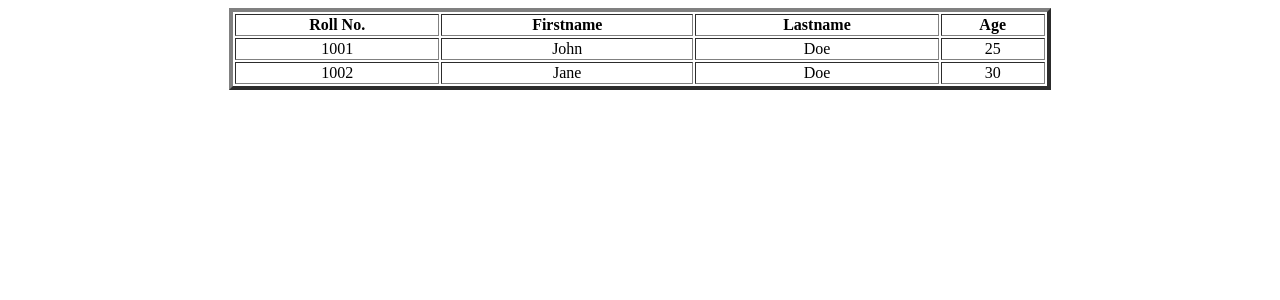
Repository: ankitgujre01/HTMLgeeks
Page: table.html
An editor plug-in stored every save of this project. The page is shown before and after a run of saves, followed by the edit.
The browser window is 1280 px wide. The pictures show the whole page.

Above is the page before, as saved 2025-09-03 23:24:57.

After the next 2 saves:
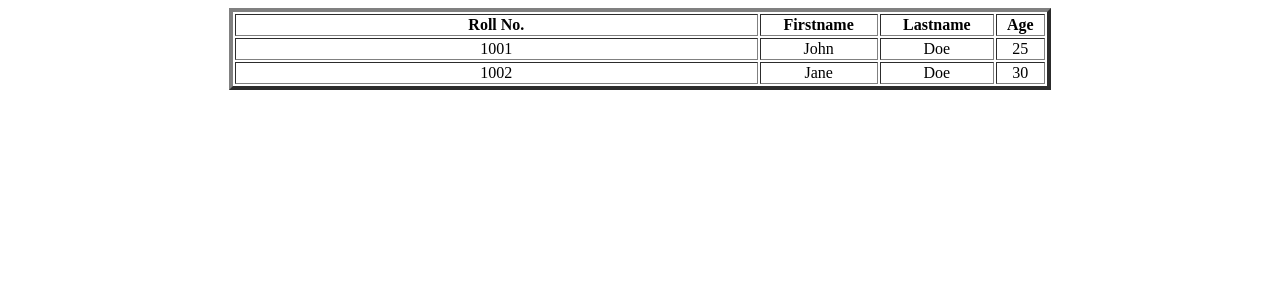
The 2 saves are shown as one change because they came seconds apart.
The last was saved 7 s later.
--- a/table.html
+++ b/table.html
@@ -5,7 +5,7 @@
     </head>
     <body>
         <table border="4" align="center" width='65%'>
-            <th width="">Roll No.</th>
+            <th width="65%">Roll No.</th>
             <th>Firstname</th>
             <th>Lastname</th>
             <th>Age</th>
